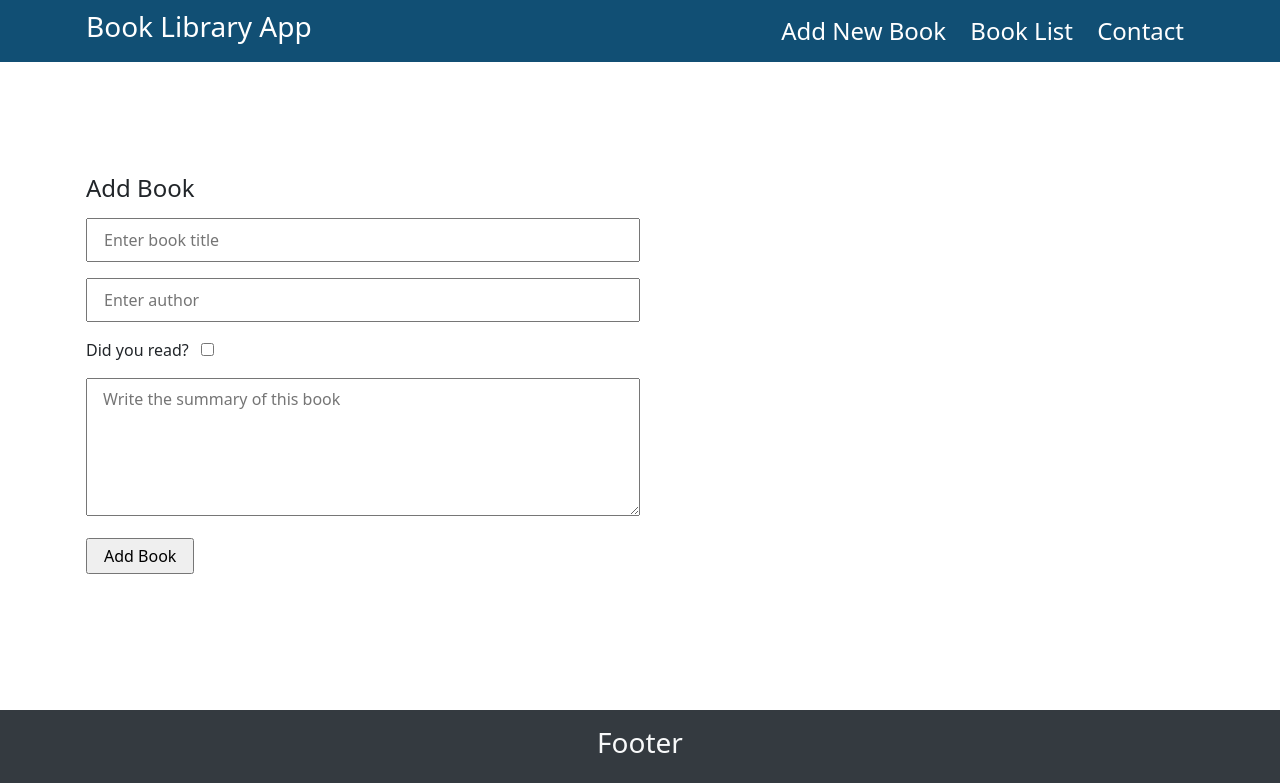
Repository: just-mann/booklibrary-app
Page: http://localhost/
An editor plug-in stored every save of this project. The page is shown before and after the next save, followed by the edit.
The browser window is 1280 px wide. The pictures show the whole page.
The page is served by the project's Node server (app.js).

Above is the page before, as saved 2021-06-06 04:06:45.

After the next save:
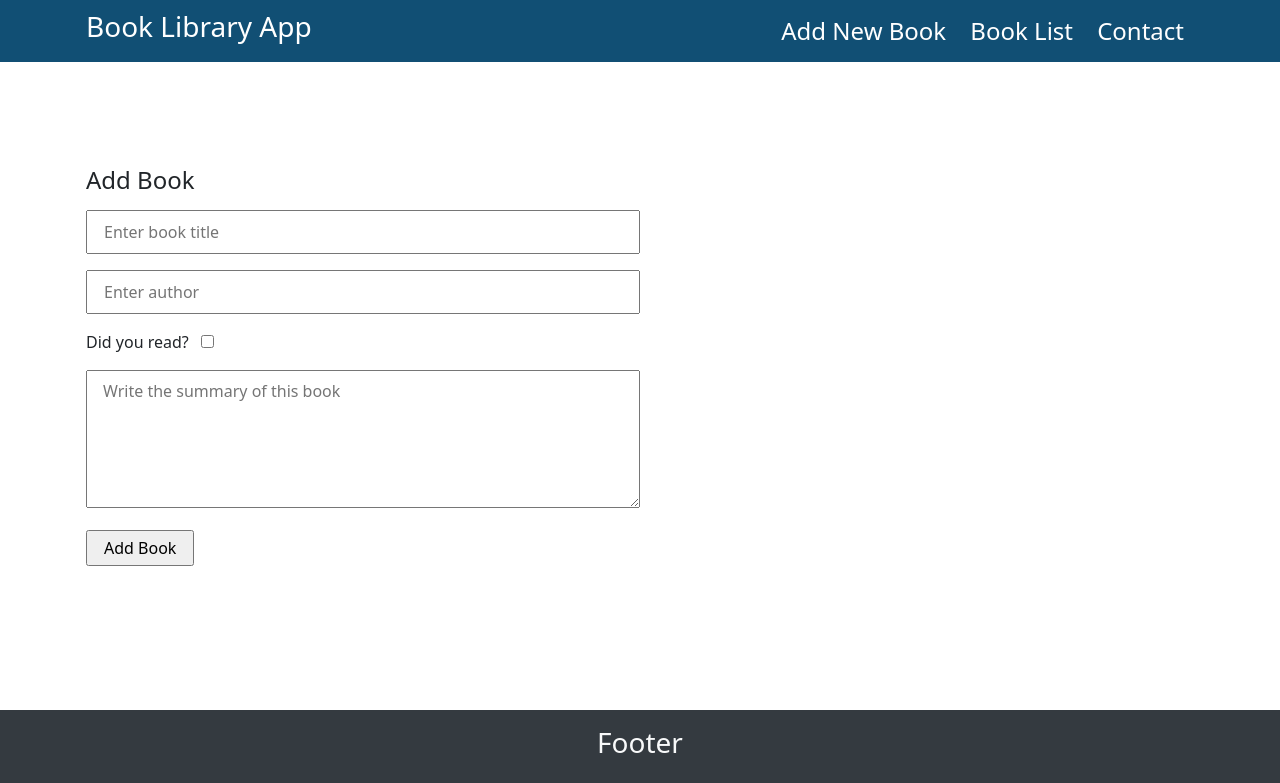
Saved 13 s later.
--- a/views/index.ejs
+++ b/views/index.ejs
@@ -4,7 +4,7 @@
 <body>
     <%- include('./partials/Navbar') %>
       <div class="container py-5 home">
-        <div class="w-50 p-3 px-0">
+        <div class="w-50 p-5 py-2 px-0">
           <form action="/books" method="POST" class="p-5 px-0">
             <h4>Add Book</h4>
               <div class="my-3">
